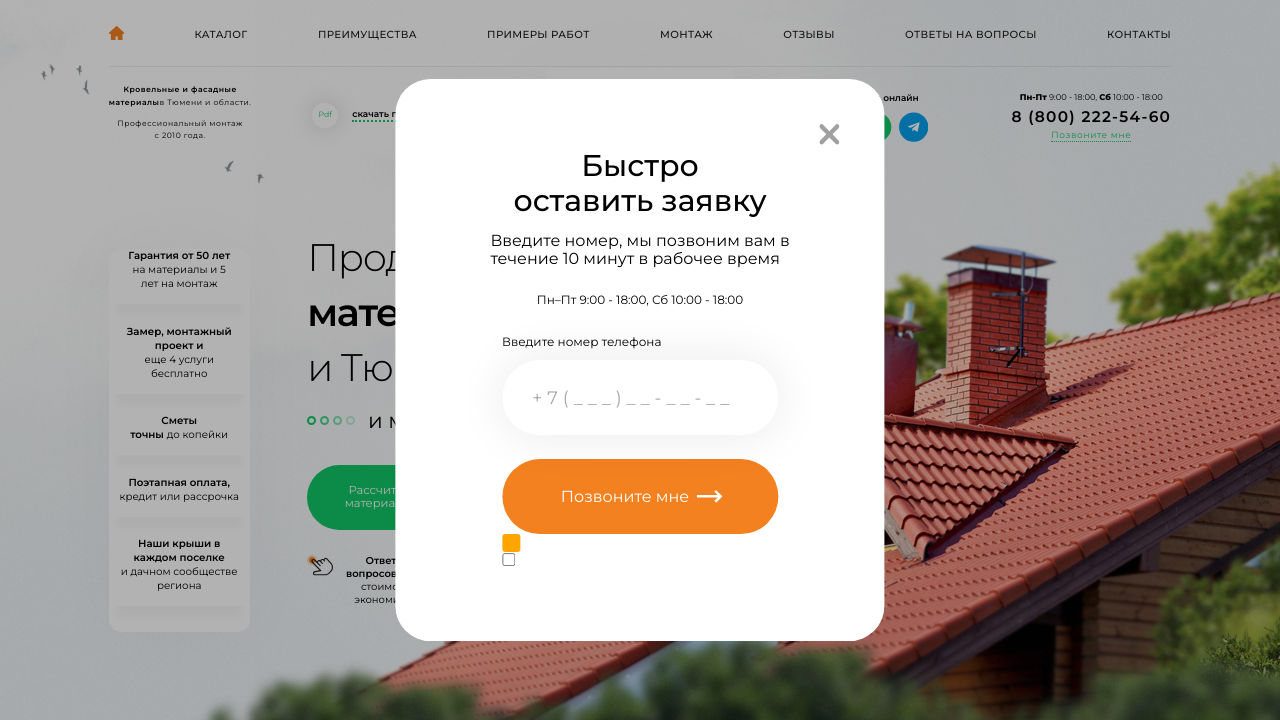
Repository: dima-hacker0/test_task_deyneka
Page: /
These files come from the project's save history. The page is drawn as it stood at one moment and after the next save; the edit follows.
The browser window is 1280 px wide. The pictures show the whole page.
The project was rebuilt for these pictures with package versions that can differ from the ones it lists, and the page was loaded fresh each time.

Above is the page before, as saved 2022-06-23 03:00:20.

### public/index.html
<!DOCTYPE html>
<html lang="en">
  <head>
    <meta charset="utf-8" />
    <link rel="preconnect" href="https://fonts.googleapis.com" />
    <link rel="preconnect" href="https://fonts.gstatic.com" crossorigin />
    <link
      href="https://fonts.googleapis.com/css2?family=Montserrat:ital,wght@0,100;0,200;0,300;0,400;0,500;0,600;0,700;0,800;0,900;1,100;1,200;1,300;1,400;1,500;1,600;1,700;1,800;1,900&display=swap"
      rel="stylesheet"
    />
    <link rel="icon" href="%PUBLIC_URL%/favicon.ico" />
    <meta name="viewport" content="width=device-width, initial-scale=1" />
    <meta name="theme-color" content="#000000" />
    <meta
      name="description"
      content="Web site created using create-react-app"
    />
    <link rel="apple-touch-icon" href="%PUBLIC_URL%/logo192.png" />
    <!--
      manifest.json provides metadata used when your web app is installed on a
      user's mobile device or desktop. See https://developers.google.com/web/fundamentals/web-app-manifest/
    -->
    <link rel="manifest" href="%PUBLIC_URL%/manifest.json" />
    <!--
      Notice the use of %PUBLIC_URL% in the tags above.
      It will be replaced with the URL of the `public` folder during the build.
      Only files inside the `public` folder can be referenced from the HTML.

      Unlike "/favicon.ico" or "favicon.ico", "%PUBLIC_URL%/favicon.ico" will
      work correctly both with client-side routing and a non-root public URL.
      Learn how to configure a non-root public URL by running `npm run build`.
    -->
    <title>React App</title>
  </head>
  <body>
    <noscript>You need to enable JavaScript to run this app.</noscript>
    <div id="root"></div>
    <!--
      This HTML file is a template.
      If you open it directly in the browser, you will see an empty page.

      You can add webfonts, meta tags, or analytics to this file.
      The build step will place the bundled scripts into the <body> tag.

      To begin the development, run `npm start` or `yarn start`.
      To create a production bundle, use `npm run build` or `yarn build`.
    -->
  </body>
</html>

### src/App.jsx
import "./App.css";
import Header from "./components/header/header";
import MainPage from "./components/main_page/main_page";
import Popap from "./components/popap/popap";

function App() {
  return (
    <div className="App">
      <Header />
      <MainPage />
      <Popap />
    </div>
  );
}

export default App;

### src/App.css
body {
  background-image: url(./images/BG.png);
  background-size: 100vw;
  background-repeat: no-repeat;
  min-height: 100vh;
}

### src/components/header/header.jsx
import Svg from "../../svg/svg";
import classes from "./header.module.css";

const Header = () => {
  return (
    <header className={classes.header}>
      <div className={classes.container}>
        <nav className={classes.navigation}>
          <a href="/">
            <Svg id="house" styles={classes.svg} />
          </a>
          <a href="/" className={classes.linkPage}>
            каталог
          </a>
          <a href="/" className={classes.linkPage}>
            преимущества
          </a>
          <a href="/" className={classes.linkPage}>
            примеры работ
          </a>
          <a href="/" className={classes.linkPage}>
            монтаж
          </a>
          <a href="/" className={classes.linkPage}>
            отзывы
          </a>
          <a href="/" className={classes.linkPage}>
            ответы на вопросы
          </a>
          <a href="/" className={classes.linkPage}>
            контакты
          </a>
        </nav>
      </div>
    </header>
  );
};

export default Header;

### src/components/main_page/main_page.jsx
import CentralBlock from "./central_block/central_block";
import CompanyAdvantages from "./company_advantages/company_advantages";
import classes from "./main_page.module.css";
import TopPanel from "./top_panel/top_panel";

const MainPage = () => {
  return (
    <section className={classes.mainPage}>
      <div className={classes.container}>
        <TopPanel />
        <div className={classes.advantagesAndMain}>
          <CompanyAdvantages />
          <CentralBlock />
        </div>
      </div>
    </section>
  );
};

export default MainPage;

### src/components/popap/popap.jsx
import Svg from "../../svg/svg";
import classes from "./popap.module.css";
import InputMask from "react-input-mask";

const Popap = () => {
  const submitForm = (event) => {
    event.preventDefault();
  };
  return (
    <div className={classes.background}>
      <div className={classes.popap}>
        <div className={classes.container}>
          <p className={classes.submitApplicationText}>
            Быстро
            <br /> оставить заявку
          </p>
          <p className={classes.enterNumber}>
            Введите номер, мы позвоним вам в<br /> течение 10 минут в рабочее
            время
          </p>
          <p className={classes.workingHours}>
            Пн–Пт 9:00 - 18:00, Сб 10:00 - 18:00
          </p>
          <form onSubmit={submitForm}>
            <div className={classes.inputBlock}>
              <p className={classes.enterNumberInput}>Введите номер телефона</p>
              <InputMask
                className={classes.input}
                alwaysShowMask="true"
                mask="+7(999)99-99-99"
              />
            </div>
            <button type="submit" className={classes.buttonCallMe}>
              <p className={classes.buttonCallMe__text}>Позвоните мне</p>
              <Svg id="arrow" styles={classes.arrow}></Svg>
            </button>
            <label for="checkbox">
              <div className={classes.customCheckbox}></div>
            </label>
            <input id="checkbox" type="checkbox" />
          </form>
        </div>
        <Svg styles={classes.cross} id="cross" />
      </div>
    </div>
  );
};

export default Popap;

### src/components/header/header.module.css
.linkPage {
  text-transform: uppercase;
  font-weight: 500;
  color: #1c1c1c;
  font-size: 0.8vw;
  letter-spacing: 0.03vw;
  transition: 0.4s;
}
.navigation {
  display: flex;
  justify-content: space-between;
  align-items: center;
  padding-top: 2vw;
  padding-bottom: 1.7vw;
}
.container {
  max-width: 83vw;
  margin: 0 auto;
  border-bottom: 1px solid rgba(0, 0, 0, 0.07);
}
.svg {
  width: 1.2vw;
}
.linkPage:after {
  display: block;
  content: "";
  height: 1px;
  width: 0%;
  background-color: #f38120;
  transition: width 0.4s ease-in-out;
}
.linkPage:hover:after,
.linkPage:focus:after {
  width: 100%;
}
.linkPage:hover {
  color: #f38120;
}

### src/components/main_page/central_block/central_block.jsx
import Svg from "../../../svg/svg";
import classes from "./central_block.module.css";

const CentralBlock = () => {
  return (
    <div className={classes.centralBlock}>
      <h1 className={classes.mainTitle}>
        Продажа{" "}
        <span className={classes.highlightText}>
          кровельных
          <br /> материалов{" "}
        </span>
        в Тюмени
        <br /> и Тюменской области
      </h1>
      <div className={classes.turnkeyInstallation}>
        <ul className={classes.circles}>
          <li className={classes.circles__item}></li>
          <li className={classes.circles__item}></li>
          <li className={classes.circles__item}></li>
          <li className={classes.circles__item}></li>
        </ul>
        <span className={classes.turnkeyInstallation__text}>
          и монтаж под ключ
        </span>
      </div>
      <div className={classes.buttons}>
        <button className={classes.buttons__item}>
          <div className={classes.buttonContent}>
            <span className={classes.buttonText}>
              Рассчитать стоимость
              <br /> материалов и монтажа
            </span>
            <Svg id="arrow" styles={classes.arrow} />
          </div>
        </button>
        <button className={classes.buttons__item}>
          <div className={classes.buttonContent}>
            <span className={classes.buttonText}>
              записаться на
              <br /> просмотр объектов
            </span>
            <Svg styles={classes.arrow} id="arrow" />
          </div>
        </button>
      </div>
      <div className={classes.answerSomeQuestions}>
        <Svg id="click" styles={classes.logoClick} />
        <p className={classes.answerSomeQuestions__text}>
          <span className={classes.answerSomeQuestionsBoldText}>
            {" "}
            Ответьте на несколько <br /> вопросов и получите
          </span>{" "}
          сметную <br /> стоимость и 3 подарка за <br /> экономию нашего времени
        </p>
      </div>
    </div>
  );
};

export default CentralBlock;

### src/components/main_page/company_advantages/company_advantages.jsx
import classes from "./company_advantages.module.css";

const CompanyAdvantages = () => {
  return (
    <div className={classes.companyAdvantages}>
      <p className={classes.item}>
        <span className={classes.highlightedItems}>
          Гарантия от 50 лет <br />
        </span>
        на материалы и 5 <br />
        лет на монтаж
      </p>
      <p className={classes.item}>
        <span className={classes.highlightedItems}>
          Замер, монтажный
          <br /> проект и
          <br />
        </span>
        еще 4 услуги
        <br /> бесплатно
      </p>
      <p className={classes.item}>
        <span className={classes.highlightedItems}>
          Сметы
          <br /> точны{" "}
        </span>
        до копейки
      </p>
      <p className={classes.item}>
        <span className={classes.highlightedItems}>
          Поэтапная оплата,
          <br />
        </span>{" "}
        кредит или рассрочка
      </p>
      <p className={classes.item}>
        <span className={classes.highlightedItems}>
          Наши крыши в<br /> каждом поселке
          <br />
        </span>{" "}
        и дачном сообществе
        <br /> региона
      </p>
    </div>
  );
};

export default CompanyAdvantages;

### src/components/main_page/main_page.module.css
.container {
  max-width: 83vw;
  margin: 0 auto;
}
.advantagesAndMain {
  display: flex;
  padding-top: 8vw;
}
.mainPage {
  padding-bottom: 3vw;
}

### src/components/main_page/top_panel/top_panel.jsx
import DownloadCatalog from "./download_catalog/download_catalog";
import Materials from "./materials/materials";
import classes from "./top_panel.module.css";
import Logo from "./logo/logo";
import Answer from "./answer_online/answer";
import CallMe from "./block_call_me/call_me";

const TopPanel = () => {
  return (
    <div className={classes.items}>
      <div className={classes.leftSide}>
        <Materials />
        <DownloadCatalog />
      </div>
      <Logo />
      <div className={classes.rightSide}>
        <Answer />
        <CallMe />
      </div>
    </div>
  );
};

export default TopPanel;

### src/components/popap/popap.module.css
.background {
  width: 100vw;
  height: 100vh;
  background-color: rgba(0, 0, 0, 0.3);
  position: fixed;
  left: 0;
  top: 0;
}
.container {
  padding: 70px 95px;
  display: flex;
  flex-direction: column;
  align-items: center;
}
.popap {
  position: absolute;
  left: 50%;
  top: 50%;
  background-color: white;
  transform: translate(-50%, -50%);
  border-radius: 35px;
}
.submitApplicationText {
  text-align: center;
  font-size: 30px;
  font-weight: 500;
}
.enterNumber {
  font-size: 16px;
  margin-top: 14px;
}
.cross {
  width: 20px;
  position: absolute;
  top: 45px;
  right: 45px;
  cursor: pointer;
}
.workingHours {
  font-weight: 400;
  font-size: 12px;
  margin-top: 24px;
}
.input {
  color: #a7a7a7;
  font-size: 18px;
  letter-spacing: 5px;
  max-width: 356px;
  width: 100%;
  height: 75px;
  padding: 0 30px;
  border-radius: 100vw;
  box-shadow: 0px 0px 50px rgba(0, 0, 0, 9%);
  margin-top: 12px;
  box-sizing: border-box;
}
.enterNumberInput {
  font-size: 12px;
}
.inputBlock {
  margin-top: 28px;
}
.buttonCallMe {
  background-color: #f38120;
  color: white;
  display: flex;
  max-width: 356px;
  width: 100%;
  height: 75px;
  border-radius: 100vw;
  justify-content: center;
  align-items: center;
  cursor: pointer;
  margin-top: 24px;
  transition: 0.3s;
}
.buttonCallMe:hover {
  box-shadow: 0px 0px 50px rgba(0, 0, 0, 19%);
}

.arrow {
  width: 20px;
  transform: rotate(45deg);
  margin-left: 10px;
}
.customCheckbox {
  width: 18px;
  height: 18px;
  background-color: orange;
  cursor: pointer;
  border-radius: 3px;
}

### src/components/main_page/central_block/central_block.module.css
.centralBlock {
  margin-left: 4.5vw;
}
.mainTitle {
  font-weight: 300;
  font-size: 3vw;
  letter-spacing: -0.1vw;
  line-height: 4.3vw;
  margin-top: -1.5vw;
}
.highlightText {
  font-weight: 600;
}
.turnkeyInstallation {
  display: flex;
  align-items: center;
  margin-top: 1vw;
}
.circles {
  display: flex;
  column-gap: 0.3vw;
  margin-right: 1vw;
}
.circles__item {
  width: 0.4vw;
  height: 0.4vw;
  border-radius: 50%;
  border: 2px solid #12c868;
  display: flex;
  align-items: center;
}
.buttons {
  display: flex;
  width: 37.7vw;
  justify-content: space-between;
  margin-top: 2.5vw;
}
.buttons__item {
  border: 0;
  height: 5.1vw;
  border-radius: 100vw;
  display: flex;
  align-items: center;
  justify-content: center;
  cursor: pointer;
}
.buttons__item:hover .buttonContent {
  width: 65%;
}
.buttonContent {
  display: flex;
  justify-content: space-between;
  align-items: center;
  transition: 0.3s;
  width: 70%;
}
.turnkeyInstallation__text {
  font-size: 1.68vw;
}
.buttonText {
  color: white;
  font-size: 0.9vw;
}
.arrow {
  width: 1vw;
}
.logoClick {
  width: 1vw;
}
.answerSomeQuestions {
  margin-top: 2vw;
  display: flex;
}
.answerSomeQuestionsBoldText {
  font-weight: 600;
}
.answerSomeQuestions__text {
  margin-left: 1vw;
  font-size: 0.78vw;
  line-height: 1vw;
  text-align: center;
}
.buttons__item:first-child {
  background-color: #12c868;
  width: 19.5vw;
}
.buttons__item:nth-child(2) {
  background-color: #f38120;
  width: 17.2vw;
}
.circles__item:nth-child(2) {
  opacity: 0.75;
}
.circles__item:nth-child(3) {
  opacity: 0.5;
}
.circles__item:nth-child(4) {
  opacity: 0.25;
}

### src/components/main_page/company_advantages/company_advantages.module.css
.companyAdvantages {
  background-color: #fff;
  display: flex;
  flex-direction: column;
  line-height: 1.1vw;
  row-gap: 1.6vw;
  box-shadow: 0px 0px 75px rgba(0, 0, 0, 0.03);
  width: 11vw;
  padding-bottom: 2vw;
  border-radius: 1vw;
}
.item {
  font-size: 0.8vw;
  text-align: center;
  /* position: relative; */
  padding-bottom: 1vw;
  box-shadow: 0px 19px 7px -7px rgba(0, 0, 0, 0.03);
}
/* .item::before {
  content: "";
  width: 100%;
  height: 3px;
  background-color: black;
  position: absolute;
  left: 0;
} */
.highlightedItems {
  font-weight: 600;
}

### src/components/main_page/top_panel/download_catalog/download_catalog.jsx
import classes from "./download_catalog.module.css";

const DownloadCatalog = () => {
  return (
    <div className={classes.block}>
      <div className={classes.circlePdf}>Pdf</div>
      <p className={classes.downloadСatalog}>скачать прайс-каталог</p>
    </div>
  );
};

export default DownloadCatalog;

### src/components/main_page/top_panel/materials/materials.jsx
import classes from "./materials.module.css";

const Materials = () => {
  return (
    <div className={classes.item}>
      <p className={classes.text}>
        <span className={classes.textMaterials}>
          Кровельные и фасадные <br /> материалы
        </span>
        в Тюмени и области.
      </p>
      <p className={classes.text}>
        Профессиональный монтаж <br /> с 2010 года.
      </p>
    </div>
  );
};

export default Materials;

### src/components/main_page/top_panel/top_panel.module.css
.items {
  position: relative;
  display: flex;
  justify-content: space-between;
}
.leftSide {
  display: flex;
  justify-content: space-between;
  padding-top: 1.3vw;
  width: 27.5vw;
}
.rightSide {
  display: flex;
  justify-content: space-between;
  padding-top: 2vw;
  width: 27vw;
}

### src/components/main_page/top_panel/logo/logo.jsx
import classes from "./logo.module.css";
import Svg from "../../../../svg/svg";
import logo from "../../../../images/logo.png";

const Logo = () => {
  return (
    <div className={classes.block}>
      <div className={classes.blockLogo}>
        <Svg id="form" styles={classes.form} />
        <img className={classes.logo} src={logo} alt="logo" />
      </div>
    </div>
  );
};

export default Logo;

### src/components/main_page/top_panel/answer_online/answer.jsx
import Svg from "../../../../svg/svg";
import classes from "./answer.module.css";

const Answer = () => {
  return (
    <div className={classes.answerOnline}>
      <p className={classes.answerText}>
        Отвечаем <span style={{ fontWeight: 600 }}>онлайн</span>
      </p>
      <div className={classes.socialMedia}>
        <a className={classes.socialMedia__item} target="_blank" href="/">
          <Svg id="viber" styles={classes.icon} />
        </a>
        <a className={classes.socialMedia__item} target="_blank" href="/">
          <Svg id="whatsup" styles={classes.icon} />
        </a>
        <a className={classes.socialMedia__item} target="_blank" href="/">
          <Svg id="telegram" styles={classes.icon} />
        </a>
      </div>
    </div>
  );
};

export default Answer;

### src/components/main_page/top_panel/block_call_me/call_me.jsx
import classes from "./call_me.module.css";

const CallMe = () => {
  return (
    <div className={classes.callMeBlock}>
      <p className={classes.workingHours}>
        <span style={{ fontWeight: 800 }}>Пн-Пт</span> 9:00 - 18:00,{" "}
        <span style={{ fontWeight: 800 }}>Сб</span> 10:00 - 18:00
      </p>
      <p className={classes.number}>8 (800) 222-54-60</p>
      <span className={classes.callMeText}>Позвоните мне</span>
    </div>
  );
};

export default CallMe;

### src/components/main_page/top_panel/download_catalog/download_catalog.module.css
.circlePdf {
  color: #12c868;
  font-size: 0.6vw;
  width: 2vw;
  height: 2vw;
  justify-content: center;
  align-items: center;
  display: flex;
  box-shadow: 0px 0px 25px rgb(0 0 0 / 18%);
  border-radius: 50%;
}
.downloadСatalog {
  font-size: 0.7vw;
  font-weight: 600;
  border-bottom: 2px dotted #12c868;
}
.block {
  display: flex;
  align-items: center;
  justify-content: space-between;
  width: 11.6vw;
  cursor: pointer;
}

### src/components/main_page/top_panel/materials/materials.module.css
.textMaterials {
  font-weight: 600;
}
.text {
  font-size: 0.6vw;
  letter-spacing: 0.04vw;
  text-align: center;
  line-height: 1vw;
}
.item .text:first-child {
  margin-bottom: 8px;
}

### src/components/main_page/top_panel/logo/logo.module.css
.form {
  width: 20vw;
  -webkit-filter: drop-shadow(0px 25px 50px rgba(0, 0, 0, 0.03));
  filter: drop-shadow(0px 25px 50px rgba(0, 0, 0, 0.03));
}
.logo {
  position: absolute;
  width: 10vw;
  left: 50%;
  top: 37%;
  transform: translate(-50%, -50%);
}
.blockLogo {
  position: relative;
}
.block {
  position: absolute;
  left: 50%;
  top: -1.3vw;
  transform: translateX(-50%);
}

### src/components/main_page/top_panel/answer_online/answer.module.css
.answerText {
  font-size: 0.7vw;
  position: relative;
  text-align: center;
  margin-bottom: 0.7vw;
}
.answerText::before {
  content: "";
  width: 0.3vw;
  position: absolute;
  height: 0.3vw;
  background-color: #12c868;
  top: 50%;
  transform: translateY(-50%);
  border-radius: 50%;
  left: 0.2vw;
}
.icon {
  width: 2.3vw;
  transition: 0.2s;
}
.socialMedia {
  display: flex;
  justify-content: space-between;
  width: 8vw;
}
.icon:hover {
  width: 2vw;
}

### src/components/main_page/top_panel/block_call_me/call_me.module.css
.workingHours {
  font-size: 0.65vw;
  margin-bottom: 0.4vw;
}
.number {
  font-size: 1.2vw;
  font-weight: 600;
  letter-spacing: 0.1vw;
  margin-bottom: 0.4vw;
}
.callMeText {
  font-size: 0.7vw;
  letter-spacing: 0.05vw;
  color: #12c868;
  border-bottom: 0.15vw dotted #12c868;
}
.callMeBlock {
  display: flex;
  flex-direction: column;
  align-items: center;
}

Loaded but not shown: src/index.js (common file); src/svg/svg.jsx (198 lines, source omitted); src/index.css (359 lines, source omitted)

After the next save:
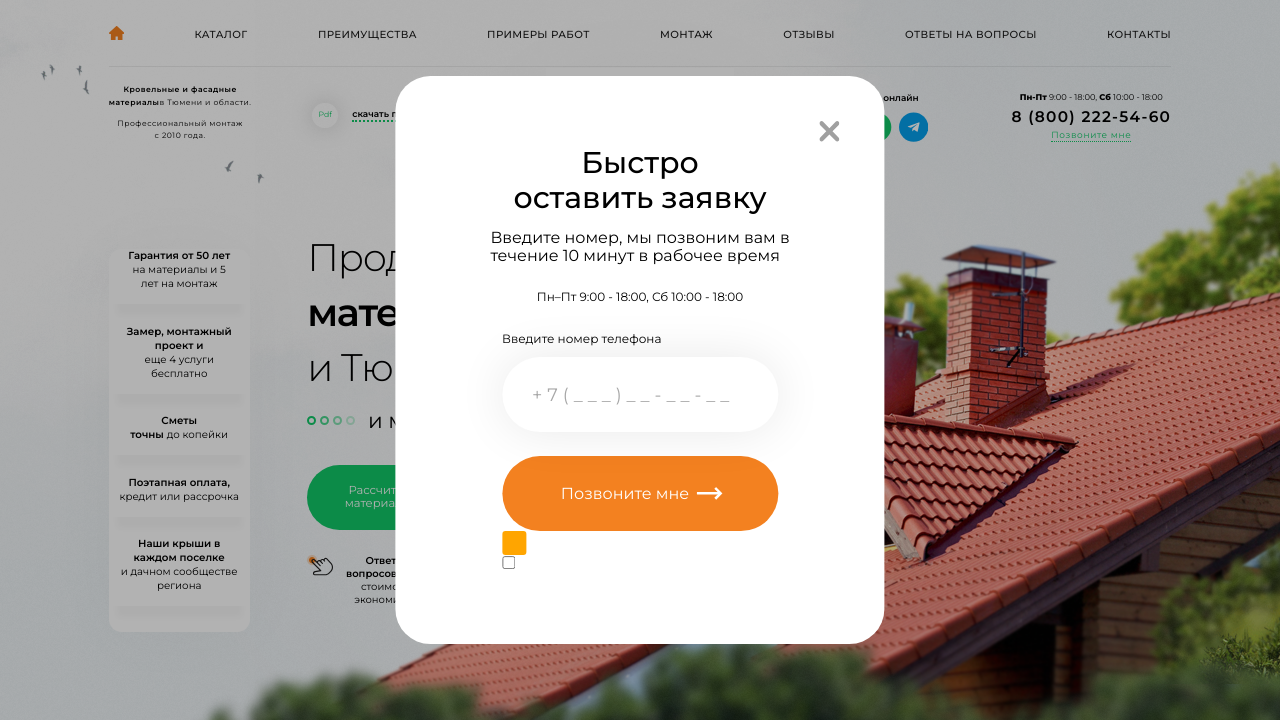
Saved 49 s later.
--- a/src/components/popap/popap.module.css
+++ b/src/components/popap/popap.module.css
@@ -88,5 +88,6 @@
   height: 18px;
   background-color: orange;
   cursor: pointer;
+  border: 3px solid orange;
   border-radius: 3px;
 }
